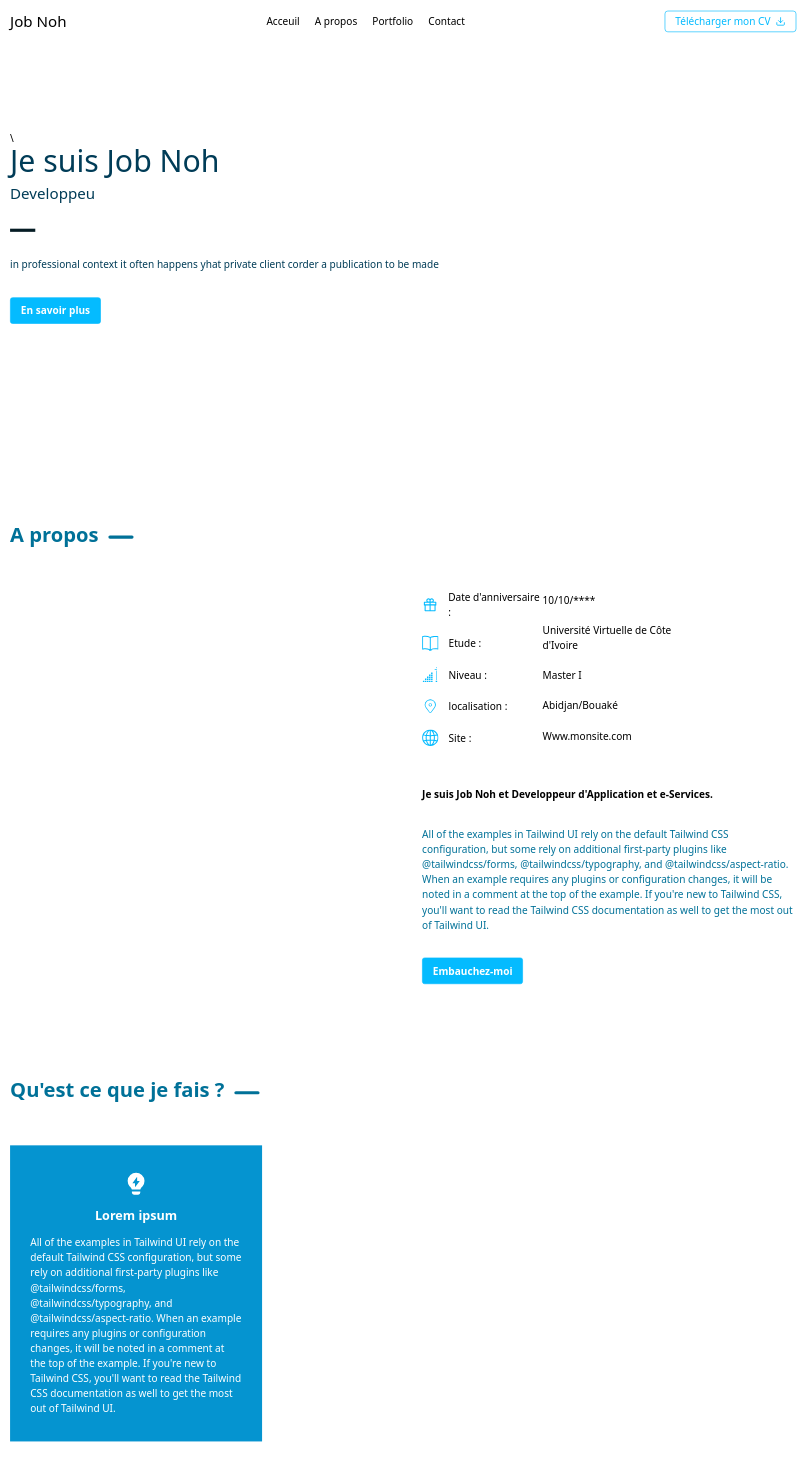
Repository: anoy1010/Nextportfolio
Page: /
These files come from the project's save history. The page is drawn as it stood at one moment and after the next save; the edit follows.
The browser window is 1280 px wide. The pictures show the whole page, at 63% of full size.
Backgrounds fixed to the window are drawn as part of the page. The project was rebuilt for these pictures with package versions that can differ from the ones it lists, and the page was loaded fresh each time. The framework's server and built-in components were replaced by stand-ins that run in the browser. Also part of the build but not shown: next.config.js, styles/Home.module.css.

Above is the page before, as saved 2023-03-06 18:32:35.

After the next save:
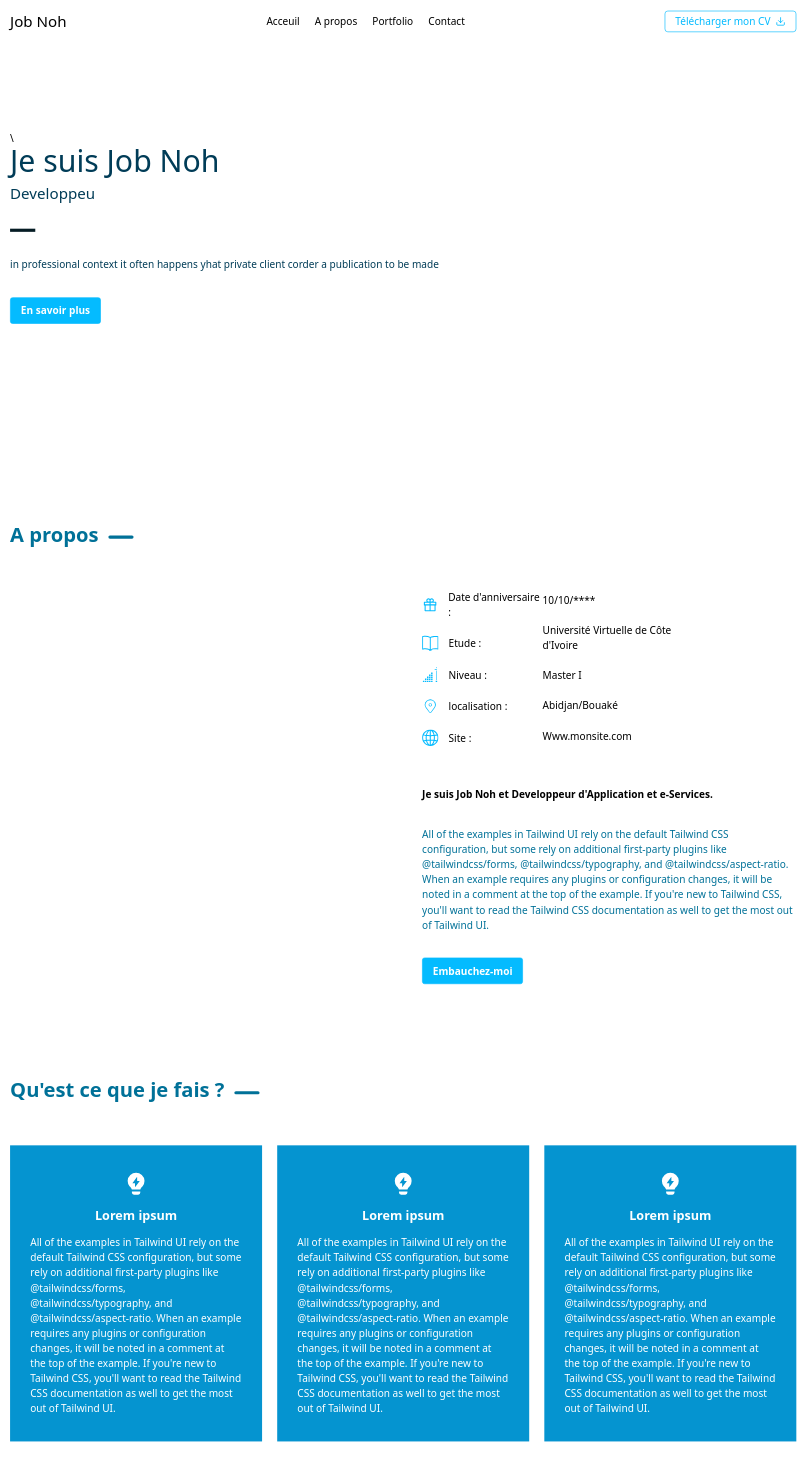
Saved 42 s later.
--- a/components/WhatIDo.js
+++ b/components/WhatIDo.js
@@ -19,6 +19,31 @@ const WhatIDo = () => {
                 </p>
 
             </div>
+            <div className='Shadow-lgf flex flex-col gap-4 px-8 py-10 bg-[#0594d0] text-white items-center'>
+                <RiLightbulbFlashFill className=' text-[40px]   ' />
+                <h2 className='font-bold text-[20px]'>Lorem ipsum</h2>
+                <p>
+                    All of the examples in Tailwind UI rely on the default Tailwind CSS configuration, but some rely on additional first-party plugins like @tailwindcss/forms, @tailwindcss/typography, and @tailwindcss/aspect-ratio.
+
+                    When an example requires any plugins or configuration changes, it will be noted in a comment at the top of the example.
+
+                    If you're new to Tailwind CSS, you'll want to read the Tailwind CSS documentation as well to get the most out of Tailwind UI.
+                </p>
+
+            </div>
+            <div className='Shadow-lgf flex flex-col gap-4 px-8 py-10 bg-[#0594d0] text-white items-center'>
+                <RiLightbulbFlashFill className=' text-[40px]   ' />
+                <h2 className='font-bold text-[20px]'>Lorem ipsum</h2>
+                <p>
+                    All of the examples in Tailwind UI rely on the default Tailwind CSS configuration, but some rely on additional first-party plugins like @tailwindcss/forms, @tailwindcss/typography, and @tailwindcss/aspect-ratio.
+
+                    When an example requires any plugins or configuration changes, it will be noted in a comment at the top of the example.
+
+                    If you're new to Tailwind CSS, you'll want to read the Tailwind CSS documentation as well to get the most out of Tailwind UI.
+                </p>
+
+            </div>
+
 
         </div>
 
